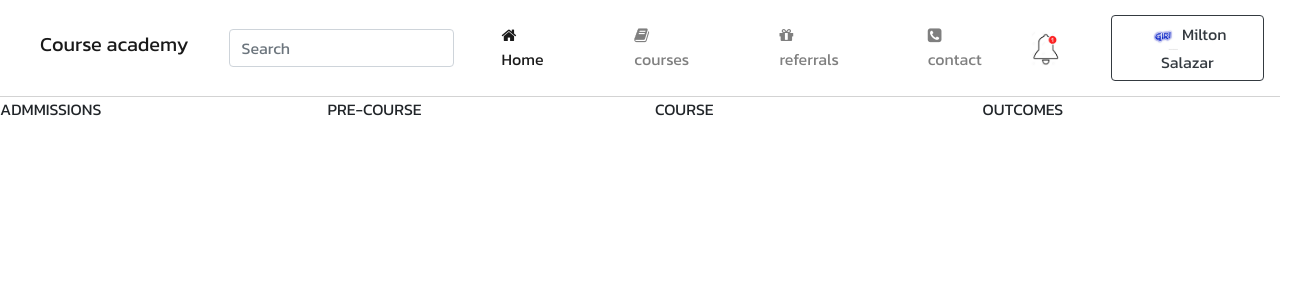
Repository: giribabu1997/html-layout
Page: task.html
These files come from the project's save history. The page is drawn as it stood at one moment and after the next save; the edit follows.
The browser window is 1280 px wide. The page is 1295 px wide, then 1280 px, so the pictures cover 1295 px, including what lies to the right of the window. The pictures show the whole page.

Above is the page before, as saved 2019-06-24 14:36:44.

### task.html
<!DOCTYPE html>
<html lang="en">

<head>
    <meta charset="UTF-8">
    <meta name="viewport" content="width=device-width, initial-scale=1.0">
    <meta http-equiv="X-UA-Compatible" content="ie=edge">
    <title>Document</title>
    <link rel="stylesheet" href="https://stackpath.bootstrapcdn.com/bootstrap/4.3.1/css/bootstrap.min.css"
        integrity="sha384-ggOyR0iXCbMQv3Xipma34MD+dH/1fQ784/j6cY/iJTQUOhcWr7x9JvoRxT2MZw1T" crossorigin="anonymous">
    <link href="https://fonts.googleapis.com/css?family=Kanit&display=swap" rel="stylesheet">
    <link rel="stylesheet" href="https://cdnjs.cloudflare.com/ajax/libs/font-awesome/4.7.0/css/font-awesome.min.css">
    <style>
        .navhead-height {
            padding: 1.5rem;
        }

        .head-container {
            padding: 0%;
        }

        * {
            font-family: 'Kanit', sans-serif;
        }

        .home-link {
            padding-right: 2.5rem !important;
            padding-left: 2.5rem !important;
        }
    </style>

</head>

<body>
    <div class="container-fluid head-container" style=" border-bottom: 1px solid lightgrey;">
        <nav class="navbar navbar-expand-lg navbar-light bg-white">
            <a class="navbar-brand navhead-height" href="#">
                <h5>Course academy </h5>
            </a>
            <button class="navbar-toggler" type="button" data-toggle="collapse" data-target="#navbarSupportedContent"
                aria-controls="navbarSupportedContent" aria-expanded="false" aria-label="Toggle navigation">
                <span class="navbar-toggler-icon"></span>
            </button>
            <form class="form-inline my-2 my-lg-0">
                <input class="form-control mr-sm-2" type="search" placeholder="Search" aria-label="Search">
            </form>
            <div class="collapse navbar-collapse" id="navbarSupportedContent">
                <ul class="navbar-nav mr-auto">
                    <li class="nav-item active">
                        <a class="nav-link home-link" href="#"><i class="fa fa-home"></i> Home <span
                                class="sr-only">(current)</span></a>
                    </li>
                    <li class="nav-item">
                        <a class="nav-link home-link" href="#"><i class="fa fa-book"></i> courses</a>
                    </li>
                    <li class="nav-item">
                        <a class="nav-link home-link" href="#"><i class="fa fa-gift"></i> referrals</a>
                    </li>
                    <li class="nav-item">
                        <a class="nav-link home-link" href="#"><i class="fa fa-phone-square"></i> contact</a>
                    </li>
                    <li class="nav-item">
                        <a class="nav-link home-link" href="#"></a>
                        <img src="icon.png" width="30px" style="text-align: center" />
                        </a>
                    </li>
                    <button class="btn btn-outline-dark my-2 my-sm-0" type="submit">
                        <img src="giri.png" width="30px" /> Milton Salazar </button>
            </div>
        </nav>
    </div>
    <div class="container;">
        <div class="row">
            <div class=""> </div>
            <div class="col-sm-3">
              <h> ADMMISSIONS</h>
            </div>
            <div class="col-sm-3">
               <h> PRE-COURSE</h>
            </div>
            <div class="col-sm-3">
                <h> COURSE </h>
            </div>
            <div class="col-sm-3">
               <h> OUTCOMES </h>
            </div>
        </div>
    </div>


</body>
<script src="https://code.jquery.com/jquery-3.3.1.slim.min.js"
    integrity="sha384-q8i/X+965DzO0rT7abK41JStQIAqVgRVzpbzo5smXKp4YfRvH+8abtTE1Pi6jizo"
    crossorigin="anonymous"></script>
<script src="https://cdnjs.cloudflare.com/ajax/libs/popper.js/1.14.7/umd/popper.min.js"
    integrity="sha384-UO2eT0CpHqdSJQ6hJty5KVphtPhzWj9WO1clHTMGa3JDZwrnQq4sF86dIHNDz0W1"
    crossorigin="anonymous"></script>
<script src="https://stackpath.bootstrapcdn.com/bootstrap/4.3.1/js/bootstrap.min.js"
    integrity="sha384-JjSmVgyd0p3pXB1rRibZUAYoIIy6OrQ6VrjIEaFf/nJGzIxFDsf4x0xIM+B07jRM"
    crossorigin="anonymous"></script>

</html>

After the next save:
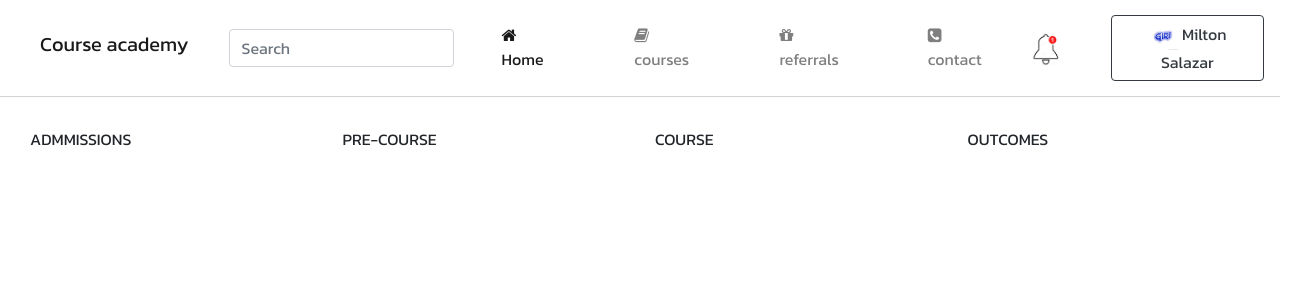
Saved 4 s later.
--- a/task.html
+++ b/task.html
@@ -69,7 +69,7 @@
             </div>
         </nav>
     </div>
-    <div class="container;">
+    <div class="container-fluid" style="padding: 30px; text-align: center\;">
         <div class="row">
             <div class=""> </div>
             <div class="col-sm-3">
